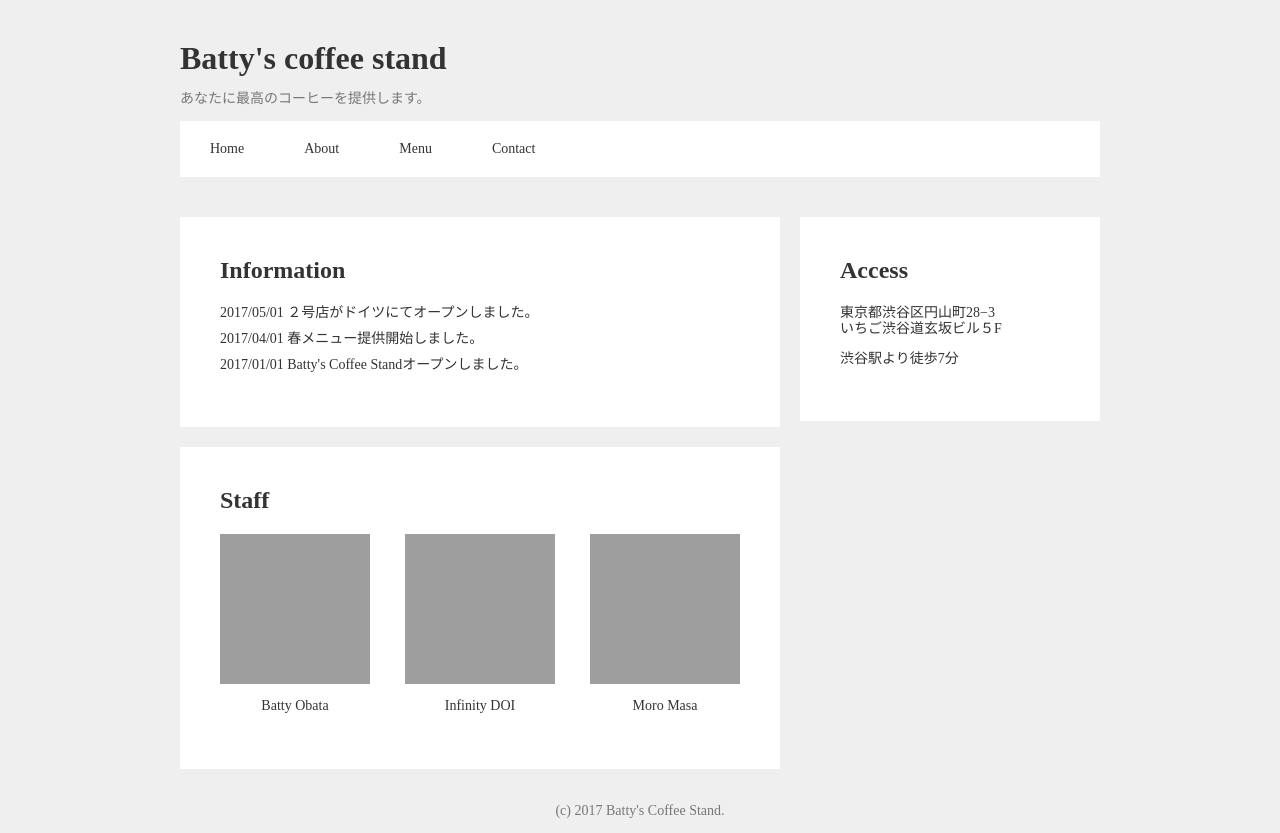
Repository: Black-Holy/rails-06
Page: html/batty_coffee_stand/index.html
The author's editor kept a record of every edit. The page is drawn from the files as they stood at one moment, then again after the next edit.
The browser window is 1280 px wide. The pictures show the whole page.
Pictures or frames that could not be fetched are drawn as grey boxes.

Above is the page before.

After the next edit:
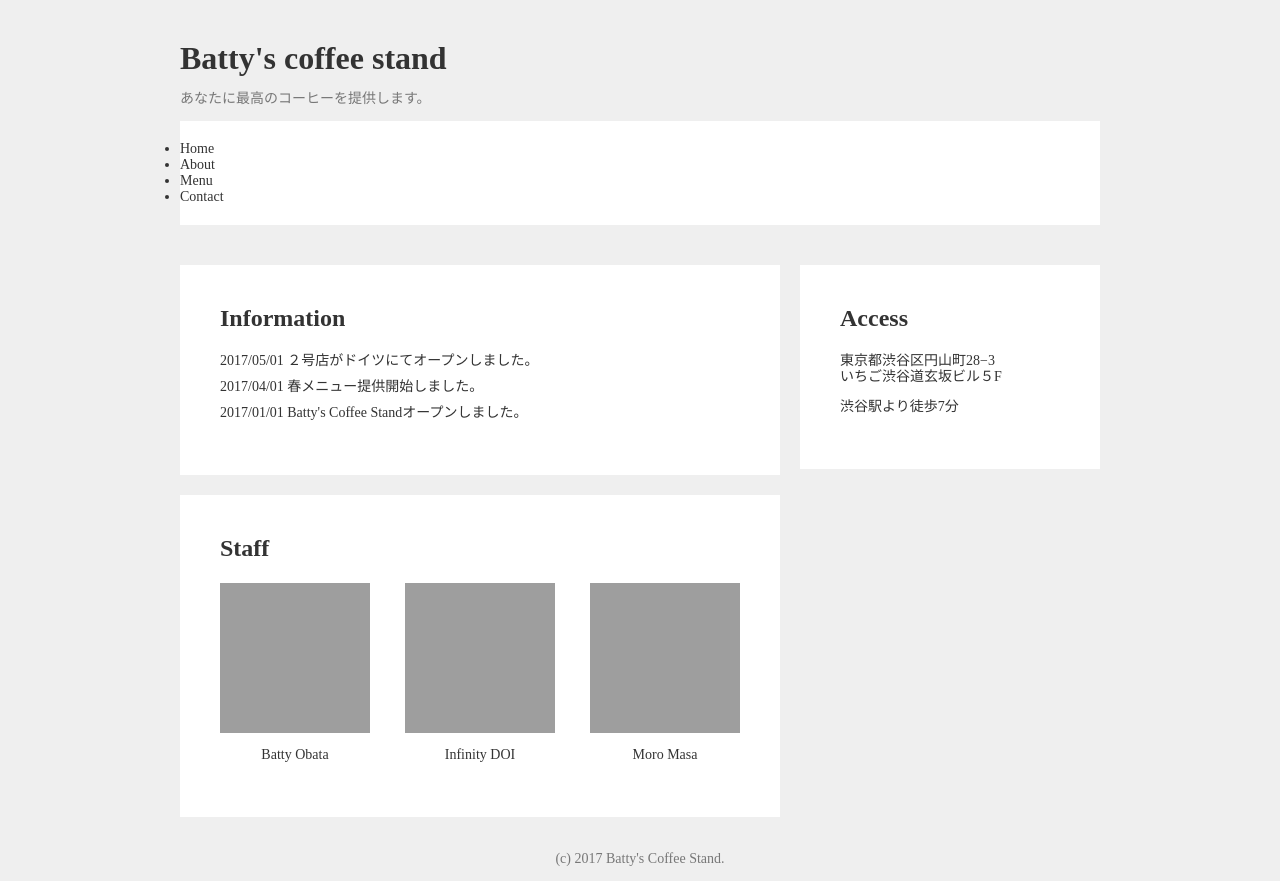
The edit:
--- a/html/batty_coffee_stand/css/style.css
+++ b/html/batty_coffee_stand/css/style.css
@@ -42,8 +42,7 @@
   display: block;
   content: " ";
 }
-
-.header-navigation li {
+.header-navigation ;li {
   float: left;
   padding: 0 30px;
   text-align: center;

After the edit that followed:
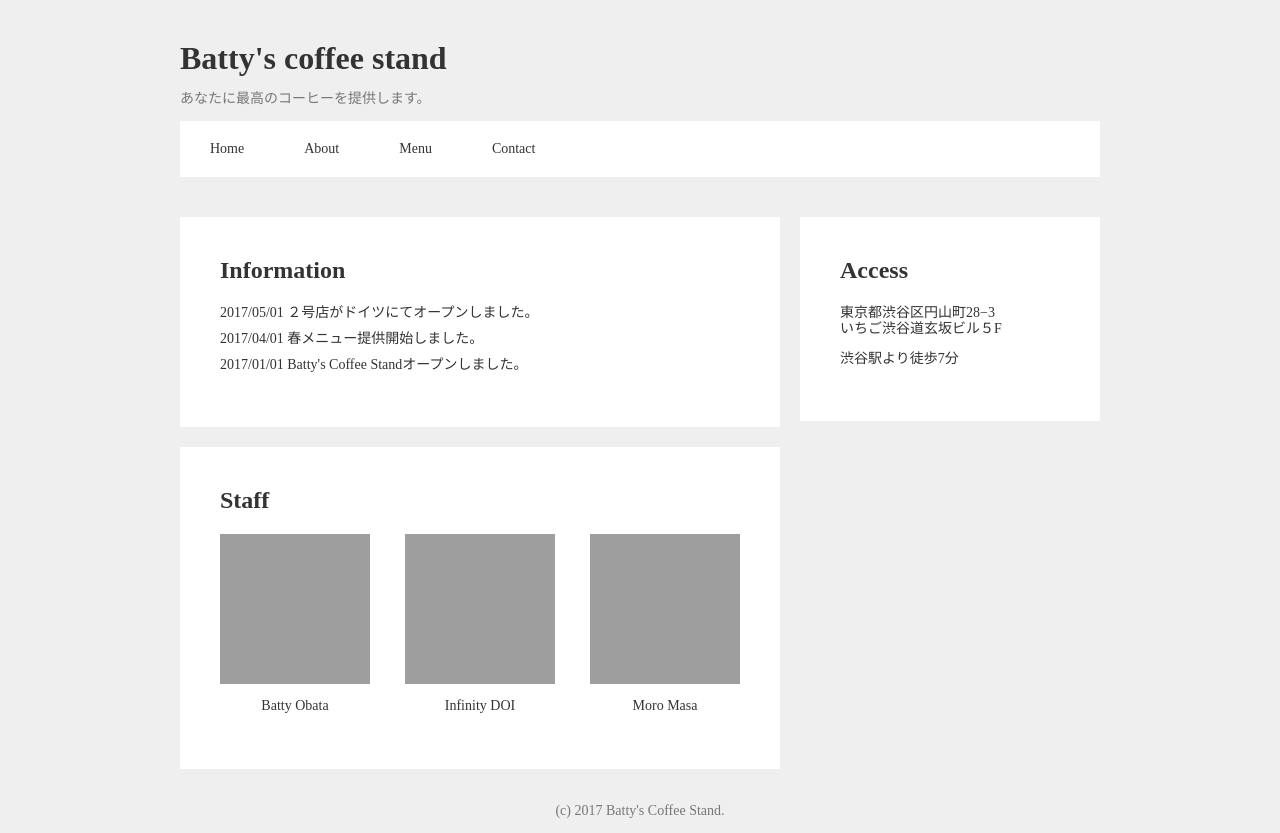
The edit:
--- a/html/batty_coffee_stand/css/style.css
+++ b/html/batty_coffee_stand/css/style.css
@@ -42,7 +42,7 @@
   display: block;
   content: " ";
 }
-.header-navigation ;li {
+.header-navigation li {
   float: left;
   padding: 0 30px;
   text-align: center;
